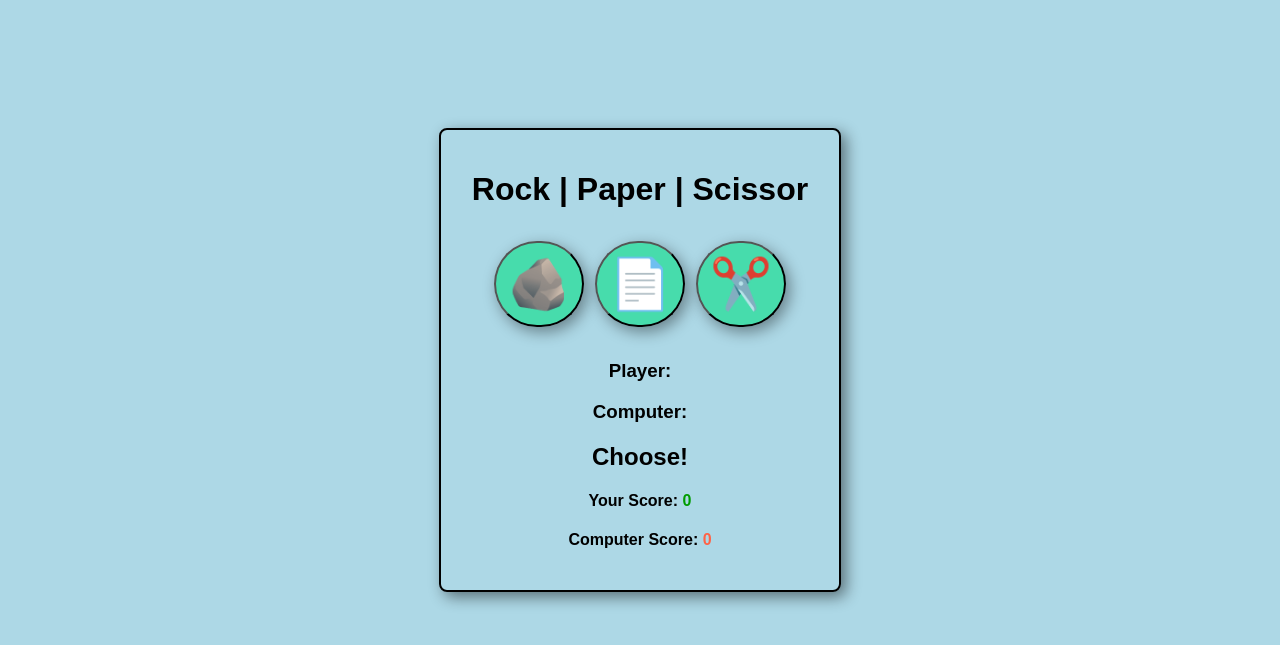
Repository: SakthivelDurai47/Rock-Paper-Sissors
Page: index.html
An editor plug-in stored every save of this project. The page is shown before and after the next save, followed by the edit.
The browser window is 1280 px wide. The pictures show the whole page.

Above is the page before, as saved 2025-04-14 23:20:44.

### index.html
<!DOCTYPE html>
<html lang="en">
  <head>
    <meta charset="UTF-8" />
    <meta name="viewport" content="width=device-width, initial-scale=1.0" />
    <title>Rock, Paper, Scissor</title>
    <meta name="aurthor" content="Sakthivel Durai S" />
    <link rel="stylesheet" href="styles.css" />
  </head>
  <body>
    <main>
      <h1>Rock | Paper | Scissor</h1>
      <div id="choice">
        <button onclick="playGame('Rock')">🪨</button>
        <button onclick="playGame('Paper')">📄</button>
        <button onclick="playGame('Scissor')">✂️</button>
      </div>
      <div id="info">
        <h3 id="playerInfo">Player:</h3>
        <h3 id="computerInfo">Computer:</h3>
      </div>
      <h2 id="result">Choose!</h2>
      <div id="scores">
        <h4>Your Score: <span id="scorePlr">0</span></h4>
        <h4>Computer Score: <span id="scoreCum">0</span></h4>
      </div>
    </main>
    <script src="index.js"></script>
  </body>
</html>

### styles.css
body {
  margin: 0;
  font-family: Arial, sans-serif;
  display: flex;
  flex-direction: column;
  align-items: center;
  text-align: center;
  background-color: lightblue;
  height: 100vh;
}
#choice {
  margin: 30px;
}
button {
  border-radius: 300px;
  font-size: 50px;
  padding: 12px;
  margin: 3px;
  background-color: hsla(160, 70%, 55%, 0.9);
  box-shadow: 4px 5px 15px rgba(0, 3, 3, 0.4);
  transition: background-color 0.5s ease;
  cursor: pointer;
}
button:hover {
  background-color: turquoise;
  scale: 110%;
}

#scorePlr {
  color: rgb(0, 156, 0);
}

#scoreCum {
  color: tomato;
}
.greenText {
  color: rgb(0, 156, 0);
}
.redText {
  color: tomato;
}

main {
  border: 2px solid black;
  margin: auto;
  padding: 20px;
  border-radius: 8px;
  box-shadow: 5px 5px 15px rgba(0, 0, 0, 0.477);
}

### index.js
const choices = ["Rock", "Paper", "Scissor"];
const playerInfo = document.getElementById("playerInfo");
const computerInfo = document.getElementById("computerInfo");
const result = document.getElementById("result");
const scoreCom = document.getElementById("scoreCum");
const scorePlr = document.getElementById("scorePlr");
let playerScore = 0;
let computerScore = 0;

function playGame(playerChoice) {
  const computerChoice = choices[Math.floor(Math.random() * 3)];
  let results = "";
  console.log(computerChoice);

  if (playerChoice === computerChoice) {
    results = "It's a Tie";
  } else {
    switch (playerChoice) {
      case "Rock":
        results = computerChoice === "Scissor" ? "You Win!" : "You Lose!";
        break;
      case "Paper":
        results = computerChoice === "Rock" ? "You Win!" : "You Lose!";
        break;
      case "Scissor":
        results = computerChoice === "Paper" ? "You Win!" : "You Lose!";
        break;
    }
  }
  result.classList.remove("greenText", "redText");
  playerInfo.textContent = `Player: ${playerChoice}`;
  computerInfo.textContent = `Computer: ${computerChoice}`;
  result.textContent = results;

  if (results === "You Win!") {
    playerScore++;
    result.classList.add("greenText");
  } else if (results === "You Lose!") {
    computerScore++;
    result.classList.add("redText");
  }
  scoreCom.innerText = computerScore;
  scorePlr.innerText = playerScore;
}

After the next save:
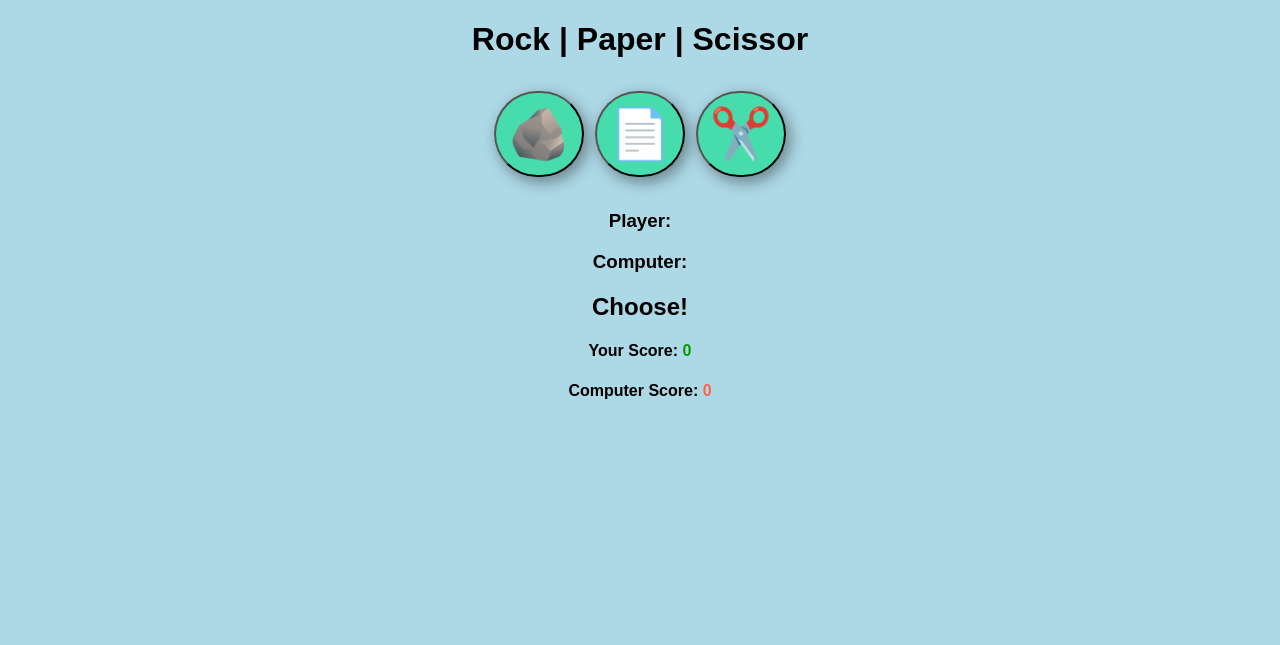
Saved 11 s later.
--- a/styles.css
+++ b/styles.css
@@ -39,11 +39,3 @@ button:hover {
 .redText {
   color: tomato;
 }
-
-main {
-  border: 2px solid black;
-  margin: auto;
-  padding: 20px;
-  border-radius: 8px;
-  box-shadow: 5px 5px 15px rgba(0, 0, 0, 0.477);
-}

After the save that followed:
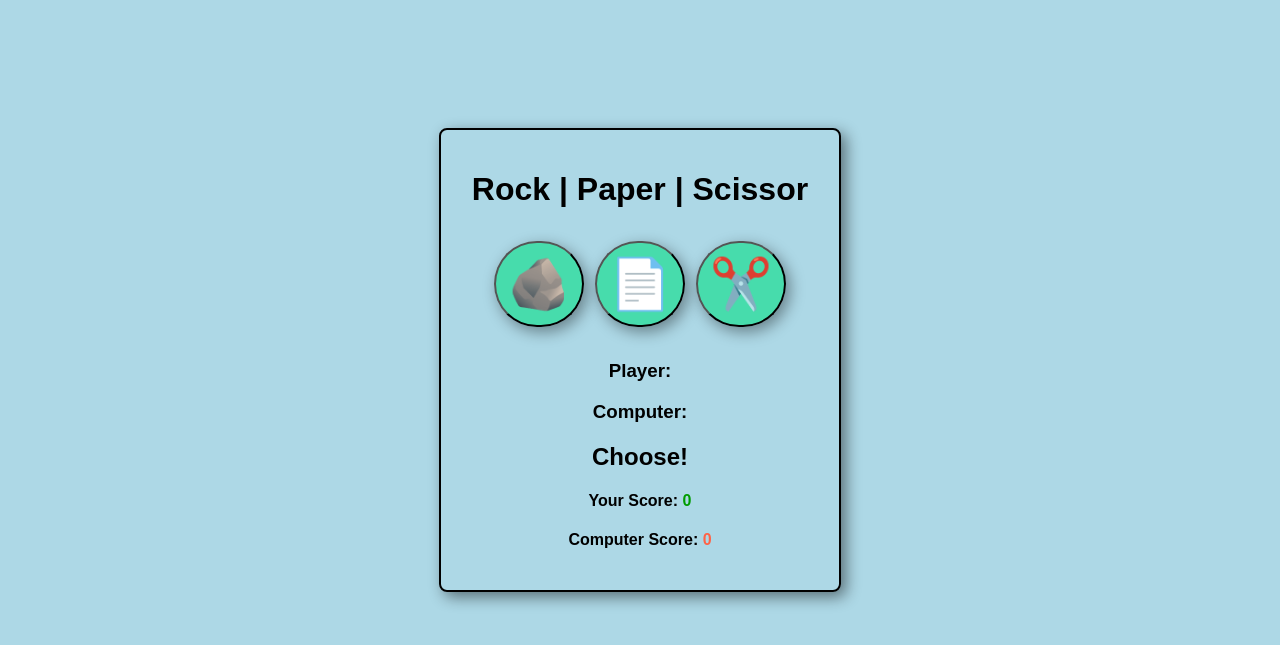
Saved 4 s later.
--- a/styles.css
+++ b/styles.css
@@ -39,3 +39,10 @@ button:hover {
 .redText {
   color: tomato;
 }
+main {
+  border: 2px solid black;
+  margin: auto;
+  padding: 20px;
+  border-radius: 8px;
+  box-shadow: 5px 5px 15px rgba(0, 0, 0, 0.477);
+}
